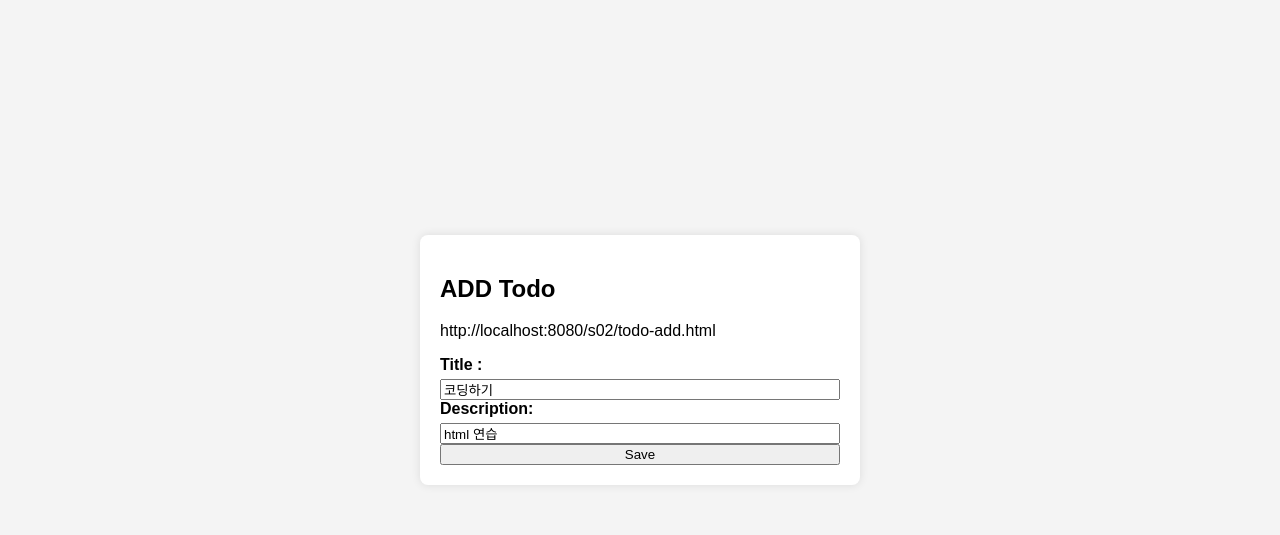
Repository: kimmingyeong225/totalJSP
Page: class_servlet_02/src/main/webapp/todo-add.html
These files come from the project's save history. The page is drawn as it stood at one moment and after the next save; the edit follows.
The browser window is 1280 px wide. The pictures show the whole page.

Above is the page before, as saved 2024-07-01 06:13:23.

### class_servlet_02/src/main/webapp/todo-add.html
<!DOCTYPE html>
<html>
<head>
<meta charset="UTF-8">
<title>Todo Form</title>
<style type="text/css">
	body {
		display: flex;
		justify-content: center;
		align-items: center;
		height: 100vh;
		margin: 0;
		font-family: arial, sans-serif;
		background-color: #f4f4f4;

	}
	.todo-form {
		background-color: #fff;
		padding: 20px;
		border-radius: 8px;
		width:  400px;
		box-shadow: 0 0 10px rgba(0,0,0,0.1)

	}

	form {
		display: flex;
		flex-direction: column;

	}

	label {
		margin-bottom:  5px;
		font-weight: bold;
}

</style>
</head>
<body>
	<!-- form 태그에서 데이터를 서버로 제출할 때 반드시 name 속성이 있어야 한다. -->
	<div class="todo-form">
		<h2>ADD Todo</h2>
		<p> http://localhost:8080/s02/todo-add.html</p>
		<!-- 절대 경로 -->
		<!-- / 부터 시작한다면 절대 경롤르 의미하고 context-root 부터 시작이다. -->

		<form action ="/s02/todo-insert" method="post">
		<label for="title">Title : </label>
		<input type="text" id = "title" placeholder="Enter todo title" name="title" value="코딩하기">
		<label for="description">Description:</label>
		<input type="text" id = "description" placeholder="Enter todo description" name="description" value="html 연습">
		<button type="submit"> Save </button>
		</form>
	</div>

</body>
</html>

After the next save:
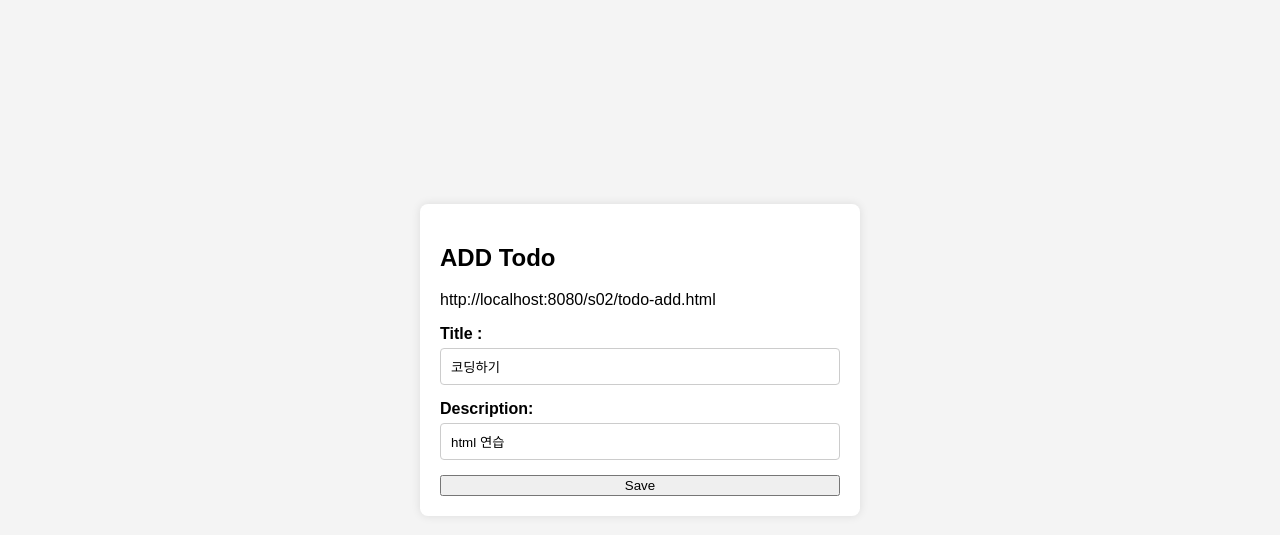
Saved 80 s later.
--- a/class_servlet_02/src/main/webapp/todo-add.html
+++ b/class_servlet_02/src/main/webapp/todo-add.html
@@ -32,7 +32,16 @@
 	label {
 		margin-bottom:  5px;
 		font-weight: bold;
-}
+
+	}
+
+	input[type="text"] {
+		margin-bottom:  15px;
+		padding: 10px;
+		border:  1px solid #ccc;
+		border-radius: 4px;
+
+	}
 
 </style>
 </head>
